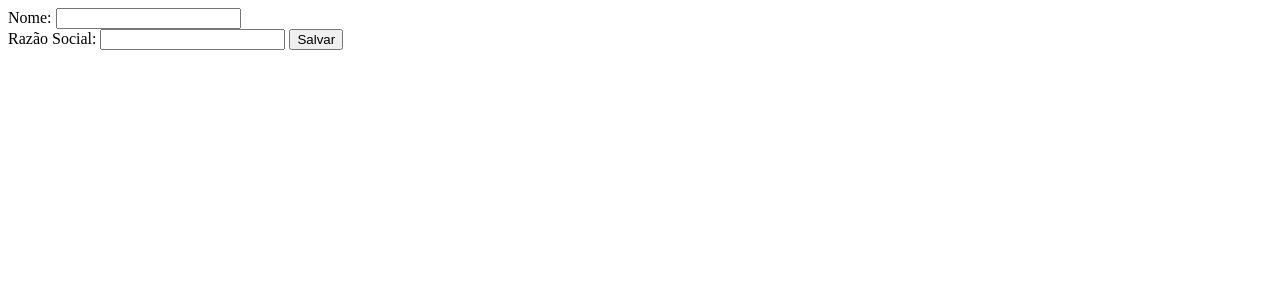
Repository: wwilsoncp/alura-java
Page: http://localhost/gerenciador/listaEmpresas
The author's editor kept a copy of each file at every save. The page is drawn from the files as they stood at one save, then again after the next save.
The browser window is 1280 px wide. The pictures show the whole page.
The page is served by Tomcat 9.

Above is the page before, as saved 2022-05-06 21:06:49.

After the next save:
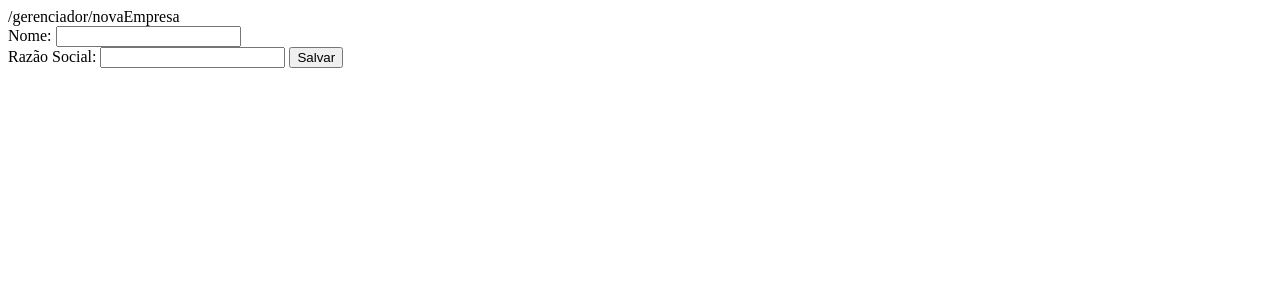
Saved 3 min 20 s later.
--- a/gerenciador/WebContent/listaEmpresas.jsp
+++ b/gerenciador/WebContent/listaEmpresas.jsp
@@ -6,6 +6,7 @@
 <title>Insert title here</title>
 </head>
 <body>
+	<c:url value="/novaEmpresa" />
 	<form action="/gerenciador/novaEmpresa" method="post">
 		Nome: <input type="text" name="nome" />
 		<br>

After the save that followed:
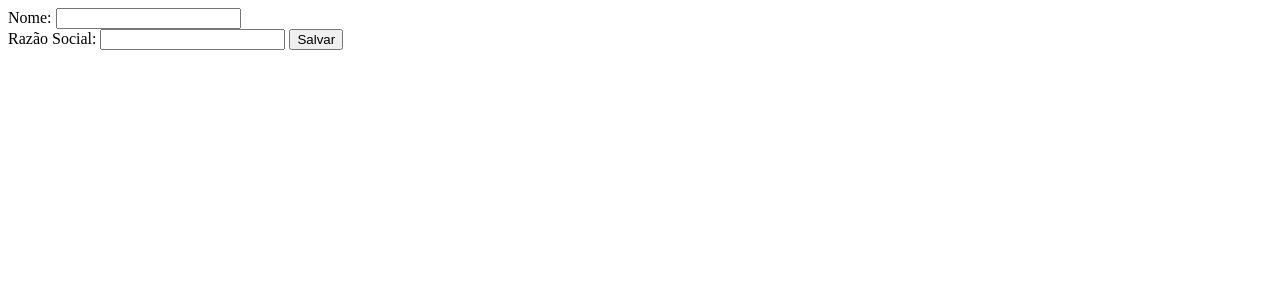
Saved 53 s later.
--- a/gerenciador/WebContent/listaEmpresas.jsp
+++ b/gerenciador/WebContent/listaEmpresas.jsp
@@ -6,8 +6,8 @@
 <title>Insert title here</title>
 </head>
 <body>
-	<c:url value="/novaEmpresa" />
-	<form action="/gerenciador/novaEmpresa" method="post">
+
+	<form action="<c:url value="/novaEmpresa" />" method="post">
 		Nome: <input type="text" name="nome" />
 		<br>
 		Razão Social: <input type="text" name="razaoSocial" />
